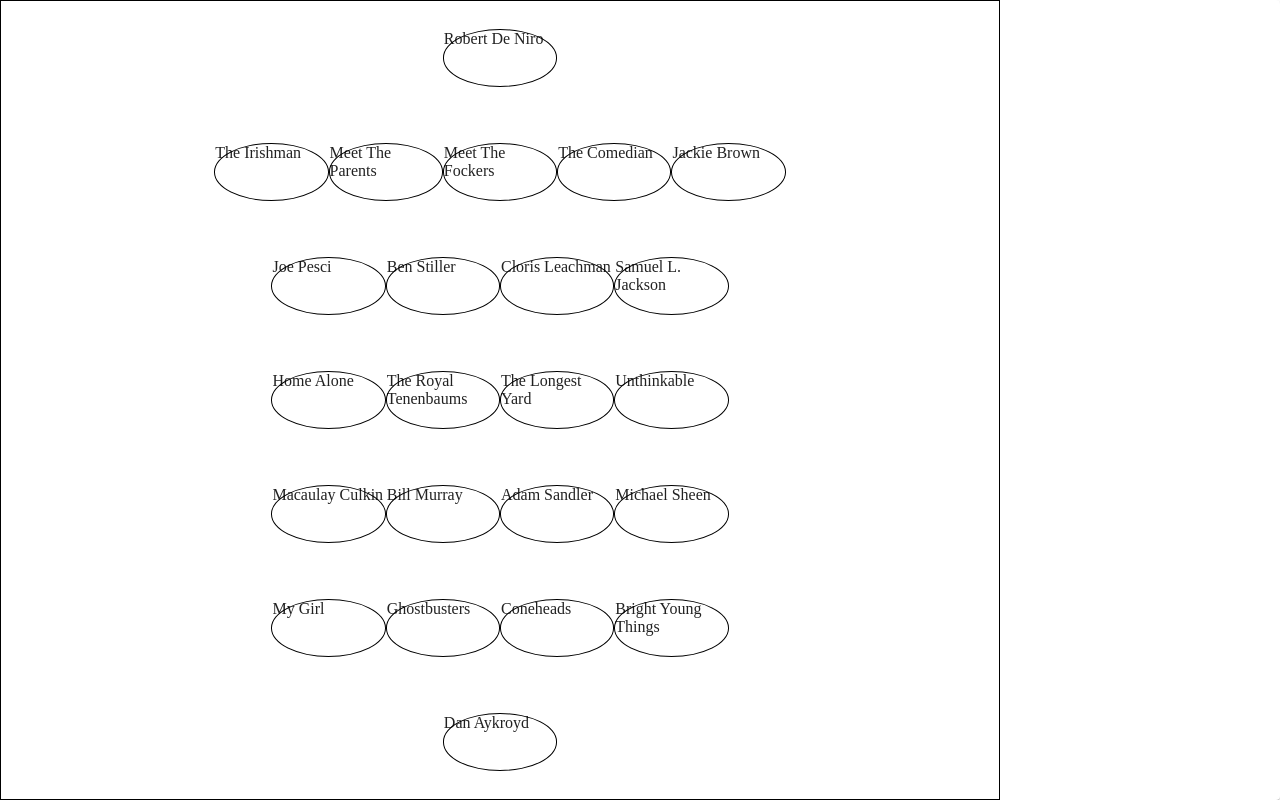
Repository: crittelmeyer/bacon
Page: /
These files come from the project's save history. The page is drawn as it stood at one moment and after the next save; the edit follows.
The browser window is 1280 px wide. The pictures show the whole page.
The project was rebuilt for these pictures with package versions that can differ from the ones it lists, and the page was loaded fresh each time. Requests to the local data server were answered from the project's data file. Also part of the build but not shown: src/components/Section.jsx, src/components/Grid.jsx, src/components/Row.jsx, src/utils/getColWidth.js, src/components/Col.jsx, src/components/Headings.jsx, src/containers/RepositoryList.jsx, src/containers/RepositorySection.jsx and 1 more.

Above is the page before, as saved 2019-12-02 15:43:52.

### src/index.html
<!DOCTYPE html>
<html lang="en">
  <head>
    <meta charset="UTF-8" />
    <meta name="viewport" content="width=device-width, initial-scale=1.0" />
    <meta http-equiv="X-UA-Compatible" content="ie=edge" />
    <title>React Starter Kit</title>
  </head>
  <body>
    <div id="app"></div>
  </body>
</html>

### src/index.jsx
import 'regenerator-runtime/runtime';

/* IE 10+ support */
import 'core-js/modules/es.promise';
import 'core-js/modules/es.array.iterator';
import 'core-js/modules/es.object.values';
import 'core-js/modules/es.set';
import 'core-js/modules/es.map';

import 'whatwg-fetch';

import React from 'react';
import ReactDOM from 'react-dom';
import { Provider } from 'react-redux';
import { ConnectedRouter } from 'connected-react-router';

import sagas from './modules/sagas';
import history from './utils/history';
import configureStore from './configureStore';

import App from './containers/App';

import './globalStyles.scss';

const initialState = {};
const store = configureStore(initialState, history);
const MOUNT_NODE = document.getElementById('app');

store.runSaga(sagas);

const render = () => {
  ReactDOM.render(
    <Provider store={store}>
      <ConnectedRouter history={history}>
        <App />
      </ConnectedRouter>
    </Provider>,
    MOUNT_NODE,
  );
};

render();

### src/modules/sagas.js
import { all, fork } from 'redux-saga/effects';
import { watchFetchRepos } from './repos/reposSagas';
import { watchFetchHops } from './hops/hopsSagas';

export default function* sagas() {
  yield all([
    fork(watchFetchRepos),
    fork(watchFetchHops),
  ]);
}

### src/configureStore.js
import { createStore, applyMiddleware, compose } from 'redux';
import { routerMiddleware } from 'connected-react-router';
import createSagaMiddleware from 'redux-saga';
import createReducer from './modules/reducers';

const sagaMiddleware = createSagaMiddleware();

export default function configureStore(initialState = {}, history) {
  let composeEnhancers = compose;

  if (process.env.NODE_ENV !== 'production' && typeof window === 'object') {
    /* eslint-disable no-underscore-dangle */
    if (window.__REDUX_DEVTOOLS_EXTENSION_COMPOSE__) {
      composeEnhancers = window.__REDUX_DEVTOOLS_EXTENSION_COMPOSE__({});
    }
  }

  const sagaMiddleware = createSagaMiddleware();
  const middlewares = [sagaMiddleware, routerMiddleware(history)];
  const enhancers = [applyMiddleware(...middlewares)];

  const store = createStore(
    createReducer(),
    initialState,
    composeEnhancers(...enhancers),
  );

  store.runSaga = sagaMiddleware.run;

  return store;
}

### src/containers/App.jsx
import React, { Fragment } from 'react';
import { Switch, Route } from 'react-router-dom';
import HopsGraphPage from '../pages/HopsGraphPage';
import ReposPage from '../pages/ReposPage';

export default function App() {
  return (
    <Fragment>
      <Switch>
        <Route exact path="/" component={HopsGraphPage} />
        <Route exact path="/repos" component={ReposPage} />
      </Switch>
    </Fragment>
  );
}

### src/globalStyles.scss
/* RESET RULES */
body {
  margin: 0;
}

h1,
h2,
h3,
h4,
h5,
h6,
p,
li,
ul {
  margin: 0;
  padding: 0;
}

ul {
  list-style-type: none;
}

button {
  border: none;
}

button:focus {
  outline: 0;
}

article,
aside,
details,
figcaption,
figure,
footer,
header,
hgroup,
main,
menu,
nav,
section,
summary {
  display: block;
}
/* END RESET RULES */

/* BASE RULES */
*,
*:before,
*:after {
  box-sizing: inherit;
}

html {
  height: 100%;
  box-sizing: border-box;
  overflow-x: hidden;
  -webkit-overflow-scrolling: touch;
  -webkit-text-size-adjust: 100%;
  -ms-text-size-adjust: 100%;
}

html,
body {
  -webkit-font-smoothing: antialiased;
}

body {
  min-height: 100%;
  background: #fff;
}

img {
  width: auto;
  max-width: 100%;
  height: auto;
}

-moz-::selection {
  background-color: #000;
  color: #fff;
}

::selection {
  background-color: #000;
  color: #fff;
}
/* END BASE RULES */

### src/modules/repos/reposSagas.js
import { call, put, takeEvery } from 'redux-saga/effects';
import fetch from 'isomorphic-fetch';
import { reposLoaded, reposLoadingError } from './reposActions';
import { LOAD_REPOS } from './reposConstants';

function fetchReposApi() {
  return fetch('https://api.github.com/users/Nickew/repos?sort=pushed').then(
    response => response.json(),
  );
}

function* fetchRepos() {
  const repos = yield call(fetchReposApi);
  if (repos.message) {
    yield put(reposLoadingError(repos.message));
  } else {
    yield put(reposLoaded(repos));
  }
}

export function* watchFetchRepos() {
  yield takeEvery(LOAD_REPOS, fetchRepos);
}

### src/modules/hops/hopsSagas.js
import { call, put, takeEvery } from 'redux-saga/effects';
import fetch from 'isomorphic-fetch';
import { hopsLoaded, hopsLoadingError } from './hopsActions';
import { LOAD_HOPS } from './hopsConstants';

function fetchHopsApi() {
  return fetch('http://localhost:3000/search').then(
    response => response.json(),
  );
}

function* fetchHops() {
  const hops = yield call(fetchHopsApi);
  if (hops.message) {
    yield put(hopsLoadingError(hops.message));
  } else {
    yield put(hopsLoaded(hops));
  }
}

export function* watchFetchHops() {
  yield takeEvery(LOAD_HOPS, fetchHops);
}

### src/modules/reducers.js
import { combineReducers } from 'redux';
import { connectRouter } from 'connected-react-router';
import hopsReducer from './hops/hopsReducer';
import reposReducer from './repos/reposReducer';
import history from '../utils/history';

export default function createReducer(injectedReducers = {}) {
  const rootReducer = combineReducers({
    router: connectRouter(history),
    repos: reposReducer,
    hops: hopsReducer,
    ...injectedReducers,
  });

  return rootReducer;
}

### src/pages/HopsGraphPage.jsx
import React from 'react';
import HopsGraph from '../containers/HopsGraph';

const HopsGraphPage = () => <HopsGraph />;

export default HopsGraphPage;

### src/modules/repos/reposActions.js
import {
  LOAD_REPOS,
  LOAD_REPOS_SUCCESS,
  LOAD_REPOS_ERROR,
} from './reposConstants';

export const loadRepos = () => ({
  type: LOAD_REPOS,
});

export const reposLoaded = repos => ({
  type: LOAD_REPOS_SUCCESS,
  repos,
});

export const reposLoadingError = error => ({
  type: LOAD_REPOS_ERROR,
  error,
});

### src/modules/repos/reposConstants.js
export const LOAD_REPOS = 'LOAD_REPOS';
export const LOAD_REPOS_SUCCESS = 'LOAD_REPOS_SUCCESS';
export const LOAD_REPOS_ERROR = 'LOAD_REPOS_ERROR';

### src/modules/hops/hopsActions.js
import {
  LOAD_HOPS,
  LOAD_HOPS_SUCCESS,
  LOAD_HOPS_ERROR,
} from './hopsConstants';

export const loadHops = () => ({
  type: LOAD_HOPS,
});

export const hopsLoaded = hops => ({
  type: LOAD_HOPS_SUCCESS,
  hops,
});

export const hopsLoadingError = error => ({
  type: LOAD_HOPS_ERROR,
  error,
});

### src/modules/hops/hopsConstants.js
export const LOAD_HOPS = 'LOAD_HOPS';
export const LOAD_HOPS_SUCCESS = 'LOAD_HOPS_SUCCESS';
export const LOAD_HOPS_ERROR = 'LOAD_HOPS_ERROR';

### src/modules/hops/hopsReducer.js
import produce from 'immer';

import {
  LOAD_HOPS,
  LOAD_HOPS_SUCCESS,
  LOAD_HOPS_ERROR,
} from './hopsConstants';

const initialState = {
  loading: false,
  error: false,
  data: {},
};

/* eslint-disable no-param-reassign */
/* eslint-disable default-case */
const hopsReducer = (state = initialState, action) =>
  produce(state, draft => {
    switch (action.type) {
      case LOAD_HOPS:
        draft.loading = true;
        draft.error = false;
        draft.data = {};
        break;
      case LOAD_HOPS_SUCCESS:
        draft.loading = false;
        draft.error = false;
        draft.data = action.hops;
        break;
      case LOAD_HOPS_ERROR:
        draft.loading = false;
        draft.error = action.error;
        break;
    }
  });

export default hopsReducer;

### src/modules/repos/reposReducer.js
import produce from 'immer';

import {
  LOAD_REPOS,
  LOAD_REPOS_SUCCESS,
  LOAD_REPOS_ERROR,
} from './reposConstants';

const initialState = {
  loading: false,
  error: false,
  data: {},
};

/* eslint-disable no-param-reassign */
/* eslint-disable default-case */
const reposReducer = (state = initialState, action) =>
  produce(state, draft => {
    switch (action.type) {
      case LOAD_REPOS:
        draft.loading = true;
        draft.error = false;
        draft.data = {};
        break;
      case LOAD_REPOS_SUCCESS:
        draft.loading = false;
        draft.error = false;
        draft.data = action.repos;
        break;
      case LOAD_REPOS_ERROR:
        draft.loading = false;
        draft.error = action.error;
        break;
    }
  });

export default reposReducer;

### src/containers/HopsGraph.jsx
import React, { useEffect } from 'react';
import PropTypes from 'prop-types';
import { connect } from 'react-redux';
import forEach from 'lodash/fp/forEach';
import includes from 'lodash/fp/includes';
import slice from 'lodash/fp/slice';


import { loadHops } from '../modules/hops/hopsActions';

import Paper from '@material-ui/core/Paper';
import { InteractiveForceGraph, ForceGraphNode, ForceGraphLink } from 'react-vis-force';

import BaconGraph from '../components/BaconGraph/BaconGraph';

/* eslint-disable no-shadow */
const HopsGraph = ({ hops, loadHops }) => {
  useEffect(() => {
    loadHops();
  }, []);

  const nodes = {};
  const links = {};

  forEach.convert({ cap: false })(
    (path, pathIndex) => {
      forEach.convert({ cap: false })(
        (hop, index) => {
          const nodeId = `${hop.type}_${hop.imdbId}_${index}`;

          if (!includes(nodeId, Object.keys(nodes))) {
            nodes[nodeId] = {
              level: index,
              label: hop.type === 'movie' ? hop.title : hop.name,
              radius: index === 0 || index === hops.data[pathIndex].length - 1 ? 20 : 20,
              fill: hop.type === 'movie' ? 'red' : 'blue',
            };
          }
        },
        path
      );
    },
    hops.data
  );

  forEach.convert({ cap: false })(
    (_, pathIndex) => {
      forEach.convert({ cap: false })(
        (hop, index) => {
          const source = `${hops.data[pathIndex][index].type}_${hops.data[pathIndex][index].imdbId}_${index}`;
          const target = `${hop.type}_${hop.imdbId}_${index}`;
          const linkId = `${source};${target}`;

          if (!includes(linkId, Object.keys(links))) {
            links[linkId] = {
              source,
              target,
              value: 20,
            };
          }
        },
        slice(1, hops.data[pathIndex].length, hops.data[pathIndex])
      );
    },
    hops.data
  );

  return (
    <Paper>
      {!hops.loading && hops.data.length > 0 &&
        <BaconGraph levelCount={hops.data[0].length} links={links} nodes={nodes} />
      }
    </Paper>
  );

  // return (
  //   <Paper>
  //     {!hops.loading && hops.data.length > 0 &&
  //       <InteractiveForceGraph
  //         showLabels
  //         simulationOptions={{
  //           animate: true,
  //           height: 1000,
  //           width: 1000,
  //           strength: {
  //             collide: 3,
  //             charge: -100,
  //           },
  //         }}
  //         labelAttr="label"
  //         onSelectNode={(node) => console.log(node)}
  //         highlightDependencies
  //       >
  //         {map(
  //           nodeId => (
  //             <ForceGraphNode
  //               key={nodeId}
  //               node={{
  //                 id: nodeId,
  //                 label: nodes[nodeId].label,
  //                 radius: nodes[nodeId].radius,
  //               }}
  //               fill={nodes[nodeId].fill}
  //             />

  //           ),
  //           Object.keys(nodes)
  //         )}
  //         {map(linkId => (
  //           <ForceGraphLink
  //             key={linkId}
  //             link={{
  //               source: links[linkId].source,
  //               target: links[linkId].target,
  //               value: links[linkId].value,
  //             }}
  //           />
  //         ), Object.keys(links))}
  //         <ForceGraphNode
  //           key="more"
  //           node={{
  //             id: 'more',
  //             label: '45 More...',
  //             radius: 20,
  //           }}
  //           fill="green"
  //         />
  //         <ForceGraphLink
  //           key={`${hops.data[0][0].type}_${hops.data[0][0].imdbId}_more`}
  //           link={{
  //             source: `${hops.data[0][0].type}_${hops.data[0][0].imdbId}`,
  //             target: 'more',
  //             value: 30,
  //           }}
  //         />
  //         <ForceGraphLink
  //           key={`${hops.data[0][hops.data[0].length - 1].type}_${hops.data[0][hops.data[0].length - 1].imdbId}_more`}
  //           link={{
  //             source: 'more',
  //             target: `${hops.data[0][hops.data[0].length - 1].type}_${hops.data[0][hops.data[0].length - 1].imdbId}`,
  //             value: 30,
  //           }}
  //         />
  //       </InteractiveForceGraph>
  //     }
  //   </Paper>
  // );
};

const mapStateToProps = state => ({
  hops: state.hops,
});

const mapDispatchToProps = {
  loadHops,
};

HopsGraph.propTypes = {
  hops: PropTypes.object,
  loadHops: PropTypes.func,
};

export default connect(
  mapStateToProps,
  mapDispatchToProps,
)(HopsGraph);

### src/components/BaconGraph/BaconGraph.jsx
import React from 'react';
import PropTypes from 'prop-types';
import injectSheet from 'react-jss';
import forEach from 'lodash/fp/forEach';
import isNil from 'lodash/fp/isNil';
import map from 'lodash/fp/map';

const GRAPH_HEIGHT = 800;
const GRAPH_WIDTH = 1000;

const styles = {
  root: {
    border: 'solid black 1px',
    display: 'flex',
    flexDirection: 'column',
    height: GRAPH_HEIGHT,
    width: GRAPH_WIDTH,
  },
  nodeLevel: ({ levelCount }) => ({
    display: 'flex',
    flexDirection: 'row',
    alignItems: 'center',
    height: GRAPH_HEIGHT / levelCount,
    justifyContent: 'center',
  }),
  node: ({ levelCount }) => ({
    border: 'solid black 1px',
    borderRadius: '100%',
    height: GRAPH_HEIGHT / (levelCount * 2),
    width: GRAPH_HEIGHT / levelCount,
  }),
};

const BaconGraph = ({ classes, levelCount, links, nodes }) => {
  const nodesGrouped = new Array(levelCount);

  forEach(
    node => {
      console.log('adding', node, 'to nodesGrouped at index', node.level);
      if (isNil(nodesGrouped[node.level])) {
        nodesGrouped[node.level] = [];
      }
      nodesGrouped[node.level].push(node);
      console.log('now', nodesGrouped);
    },
    nodes
  );

  console.log(nodesGrouped);


  return (
    <div className={classes.root}>
      {
        map.convert({ cap: false })(
          (nodeLevel, index) =>
            (<div className={classes.nodeLevel}>
              {
                map.convert({ cap: false })(
                  node => <div className={classes.node}>{node.label}</div>,
                  nodeLevel
                )
              }
             </div>),
          nodesGrouped
        )
      }
    </div>
  );
};

BaconGraph.propTypes = {
  classes: PropTypes.object,
  links: PropTypes.object,
  nodes: PropTypes.object,
};

export default injectSheet(styles)(BaconGraph);

Loaded but not shown: src/utils/history.js (common file); test-data/db.json (752 lines, source omitted)

After the next save:
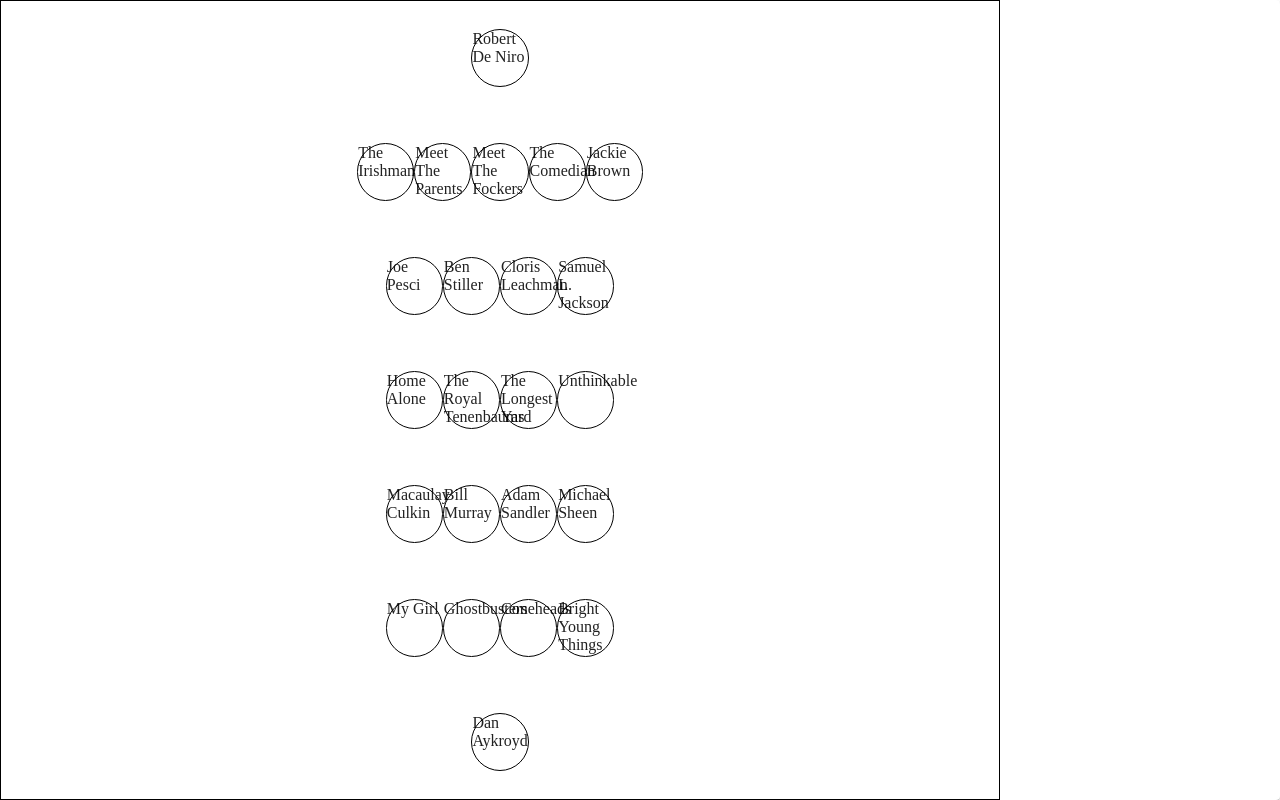
Saved 7 s later.
--- a/src/components/BaconGraph/BaconGraph.jsx
+++ b/src/components/BaconGraph/BaconGraph.jsx
@@ -27,7 +27,7 @@
     border: 'solid black 1px',
     borderRadius: '100%',
     height: GRAPH_HEIGHT / (levelCount * 2),
-    width: GRAPH_HEIGHT / levelCount,
+    width: GRAPH_HEIGHT / (levelCount * 2),
   }),
 };
 
@@ -61,7 +61,7 @@
                   nodeLevel
                 )
               }
-             </div>),
+            </div>),
           nodesGrouped
         )
       }
